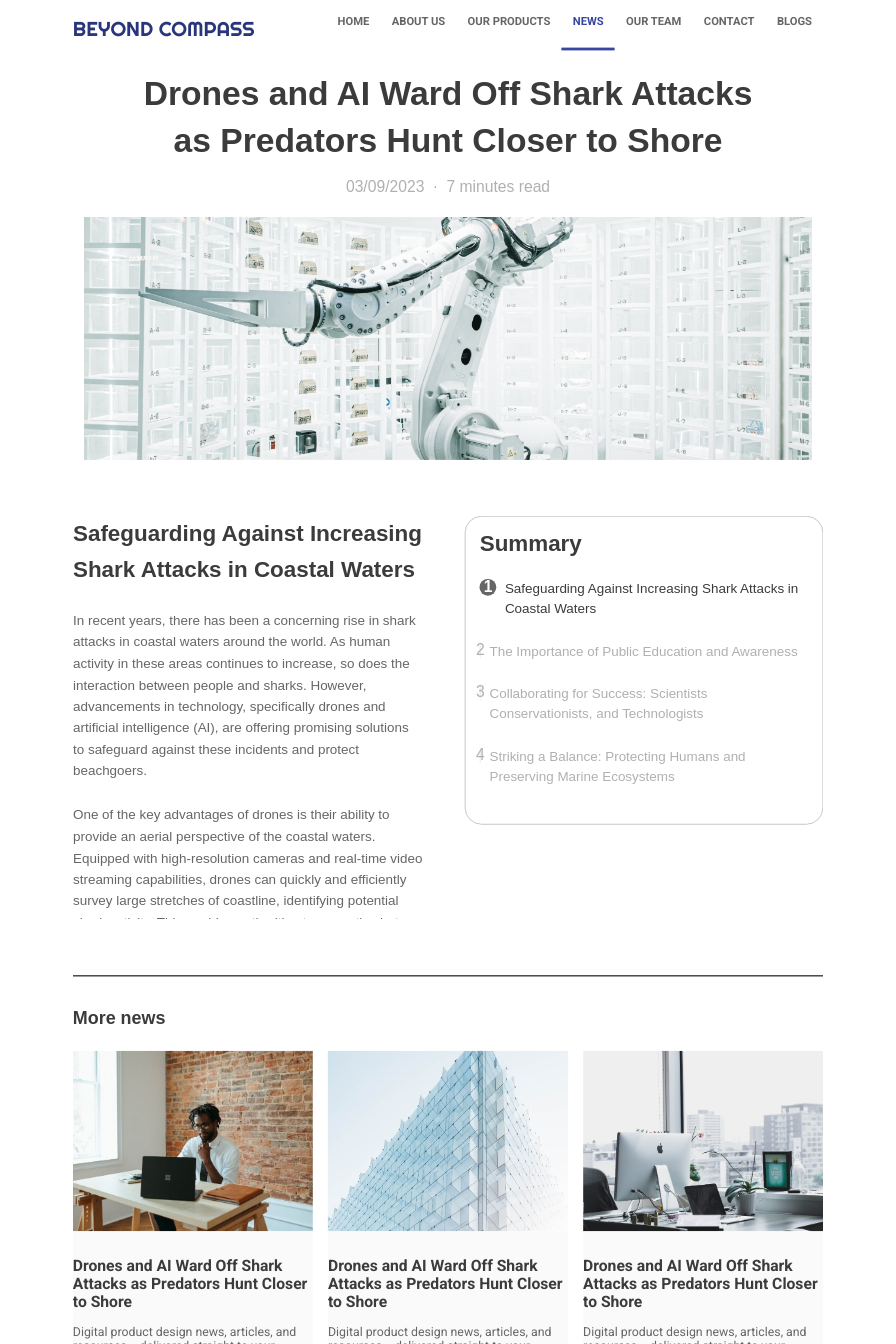
Repository: trunghau06/baitapRn
Page: pages/detailNews.html
These files come from the project's save history. The page is drawn as it stood at one moment and after the next save; the edit follows.
The browser window is 1280 px wide. The pictures show the part of the page from y = 0 to 1920 px (the page is 3174 px tall), at 70% of full size.
An inner scrolling area shows only its first screen.

Above is the page before, as saved 2025-10-15 19:40:18.

After the next save:
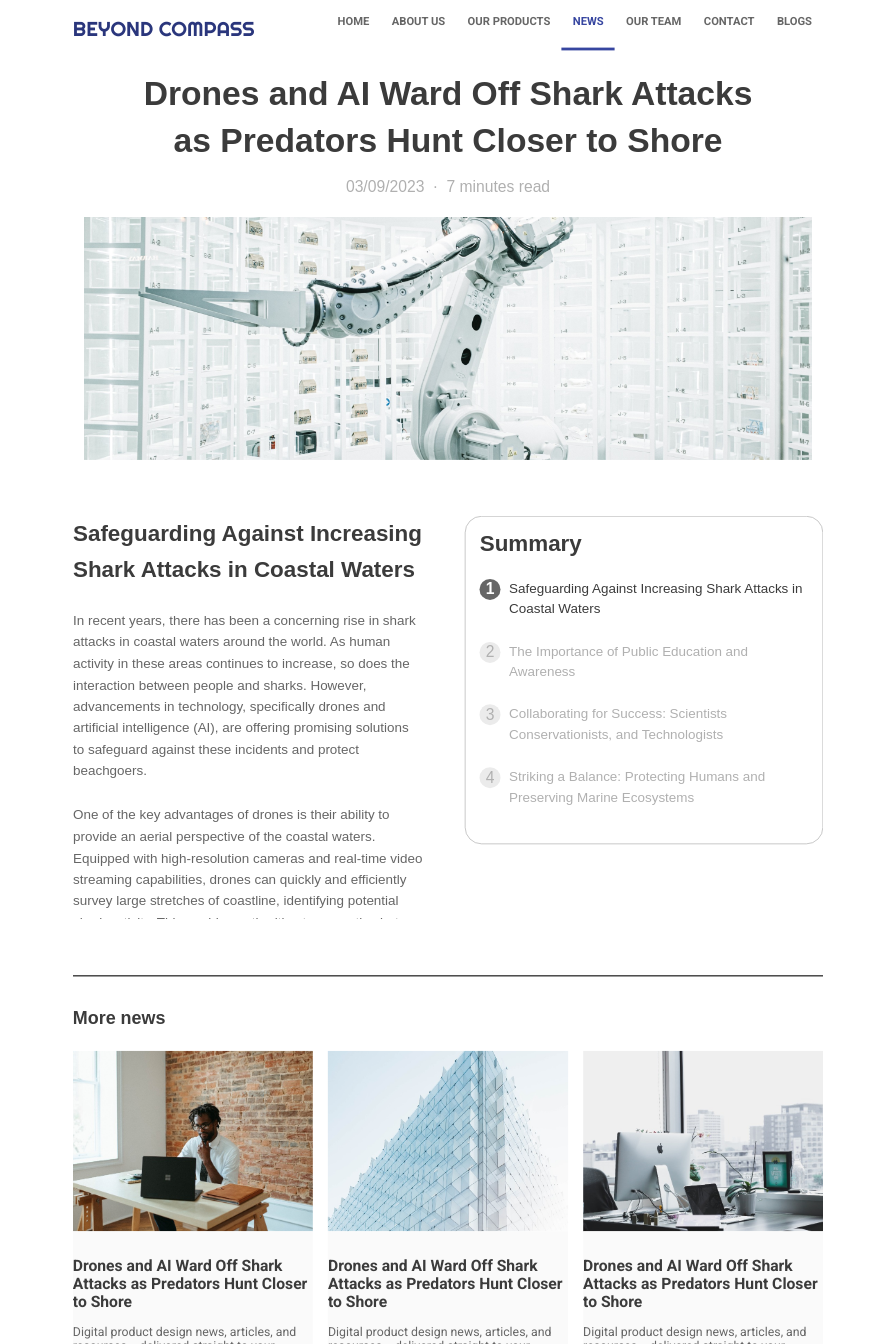
Saved 13 s later.
--- a/style/detailnews.css
+++ b/style/detailnews.css
@@ -190,8 +190,8 @@ nav {
 }
 
 .number button {
-    width: 2px;
-    height: 24px;
+    width: 30px;
+    height: 30px;
     flex-shrink: 0;
     border-radius: 50%;
     border: none;
@@ -220,8 +220,8 @@ nav {
 }
 
 .number-active button {
-    width: 24px;
-    height: 24px;
+    width: 30px;
+    height: 30px;
     flex-shrink: 0;
     border-radius: 50%;
     border: none;
